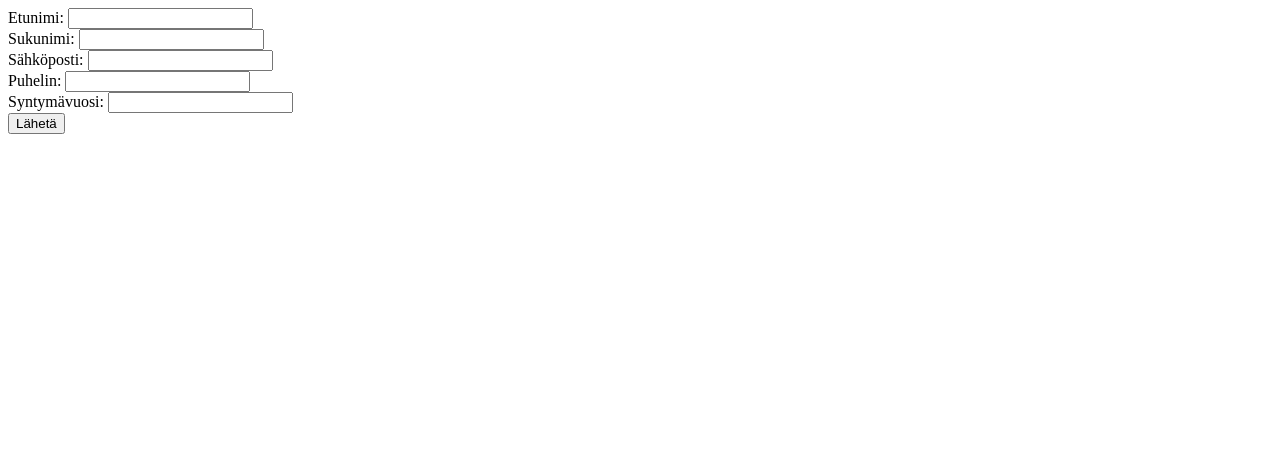
Repository: jajusu/Ohjelmointi2
Page: http://localhost/KolmasTehtava/kysy.jsp
The author's editor kept a copy of each file at every save. The page is drawn from the files as they stood at one save, then again after the next save.
The browser window is 1280 px wide. The pictures show the whole page.
The page is served by Tomcat 9.

Above is the page before, as saved 2021-04-09 09:45:08.

### KolmasTehtava/WebContent/kysy.jsp
<%@ page language="java" contentType="text/html; charset=ISO-8859-1"
    pageEncoding="ISO-8859-1"%>
<!DOCTYPE html>
<html>
<head>
<meta charset="ISO-8859-1">
<script src="scripts/main.js"></script>
<script src="https://ajax.googleapis.com/ajax/libs/jquery/3.4.1/jquery.min.js"></script>
<title>Kysely</title>
</head>
<body>
<form action="nayta.jsp" method="POST">
	Etunimi: <input type="text" name="etunimi"><br>
	Sukunimi: <input type="text" name="sukunimi"><br>
    Sähköposti: <input type="text" name="sposti"><br>
	Puhelin: <input type="text" name="puh"><br>
	Syntymävuosi: <input type="text" name="vuosi"><br>
	<input type="submit" value="Lähetä">
</form>
</body>
</body>
</html>

### KolmasTehtava/WebContent/scripts/main.js
function requestURLParam(sParam){
    var sPageURL = window.location.search.substring(1);
    var sURLVariables = sPageURL.split("&");
    for (var i = 0; i < sURLVariables.length; i++){
        var sParameterName = sURLVariables[i].split("=");
        if(sParameterName[0] == sParam){
            return sParameterName[1];
        }
    }
}

After the next save:
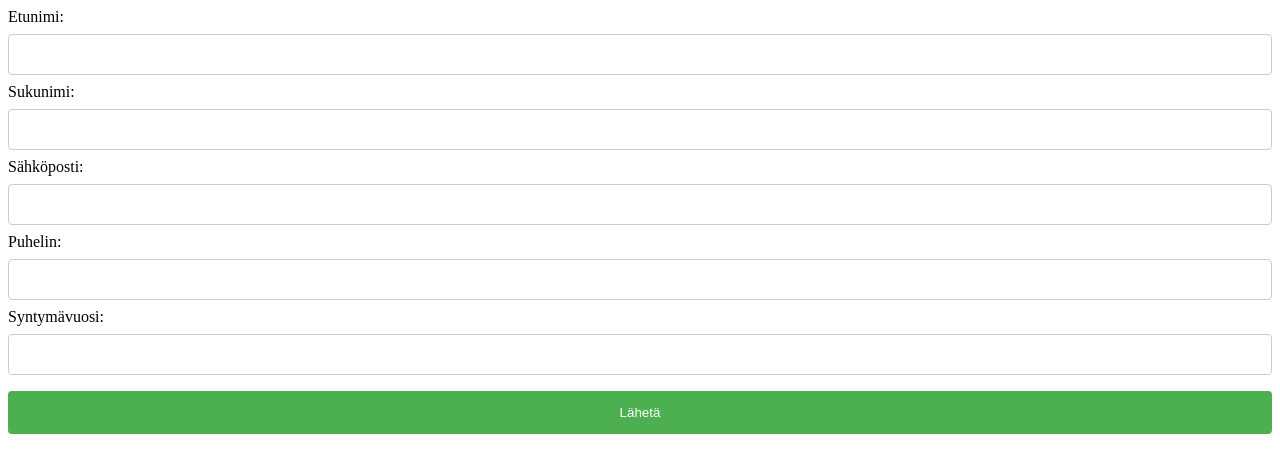
Saved 2 min 40 s later.
--- a/KolmasTehtava/WebContent/kysy.jsp
+++ b/KolmasTehtava/WebContent/kysy.jsp
@@ -6,6 +6,38 @@
 <meta charset="ISO-8859-1">
 <script src="scripts/main.js"></script>
 <script src="https://ajax.googleapis.com/ajax/libs/jquery/3.4.1/jquery.min.js"></script>
+<style>
+input[type=text], select {
+  width: 100%;
+  padding: 12px 20px;
+  margin: 8px 0;
+  display: inline-block;
+  border: 1px solid #ccc;
+  border-radius: 4px;
+  box-sizing: border-box;
+}
+
+input[type=submit] {
+  width: 100%;
+  background-color: #4CAF50;
+  color: white;
+  padding: 14px 20px;
+  margin: 8px 0;
+  border: none;
+  border-radius: 4px;
+  cursor: pointer;
+}
+
+input[type=submit]:hover {
+  background-color: #45a049;
+}
+
+div {
+  border-radius: 5px;
+  background-color: #f2f2f2;
+  padding: 20px;
+}
+</style>
 <title>Kysely</title>
 </head>
 <body>
